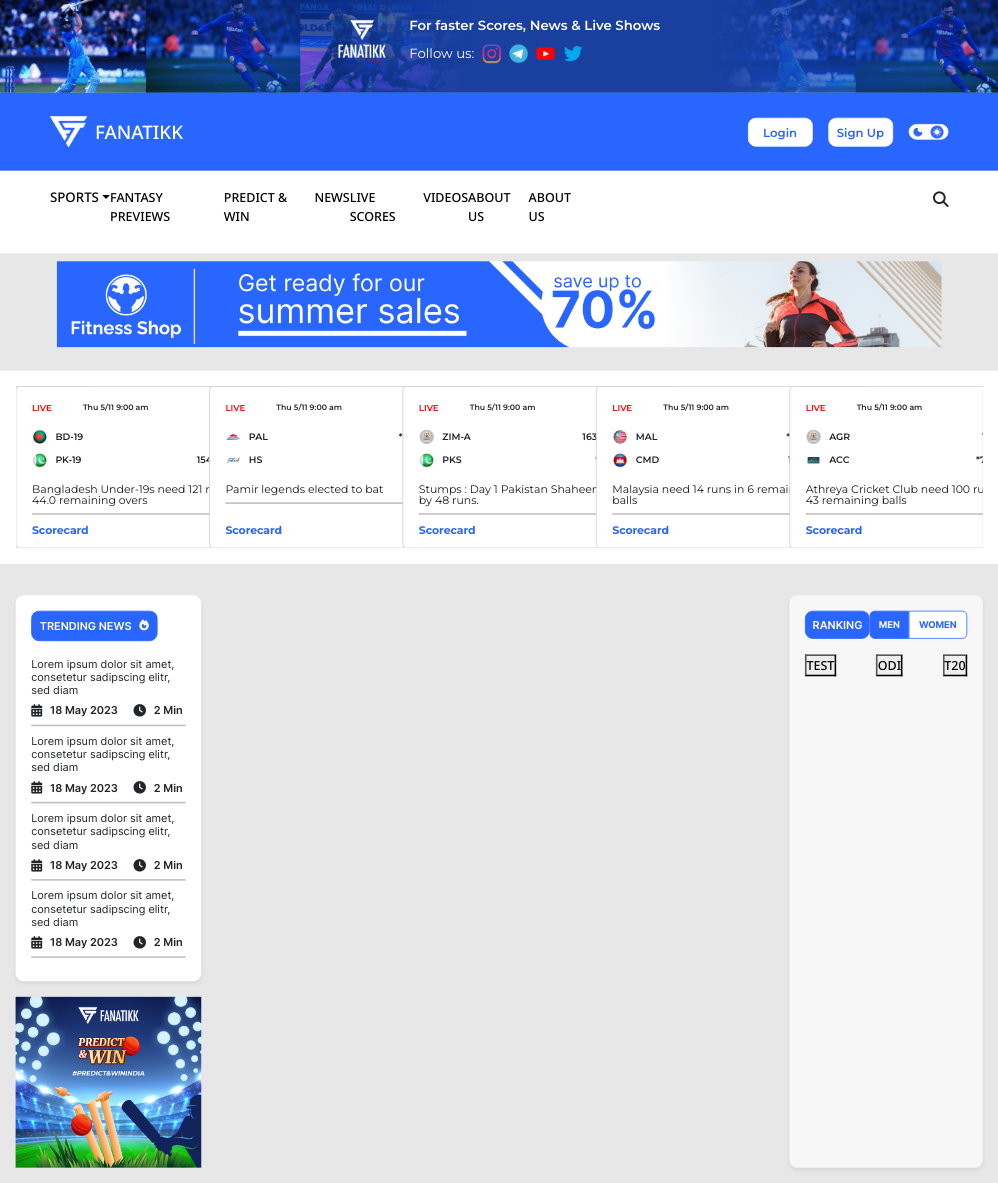
Repository: FlyweisReact/Kannapa
Page: /
These files come from the project's save history. The page is drawn as it stood at one moment and after the next save; the edit follows.
The browser window is 1280 px wide. The pictures show the whole page, at 78% of full size.
Some web libraries are served in a nearby version. The project was rebuilt for these pictures with package versions that can differ from the ones it lists, and the page was loaded fresh each time. Also part of the build but not shown: src/Components/Layout/Footer.js, src/Components/Sliders/Index-video-Slider.js, src/Components/firstScreen.jsx, src/Components/secondScreen.jsx, src/Components/thirdScreen.jsx, src/Components/fourthScreen.jsx, src/CSS/Footer.css.

Above is the page before, as saved 2023-06-03 16:07:28.

After the next save:
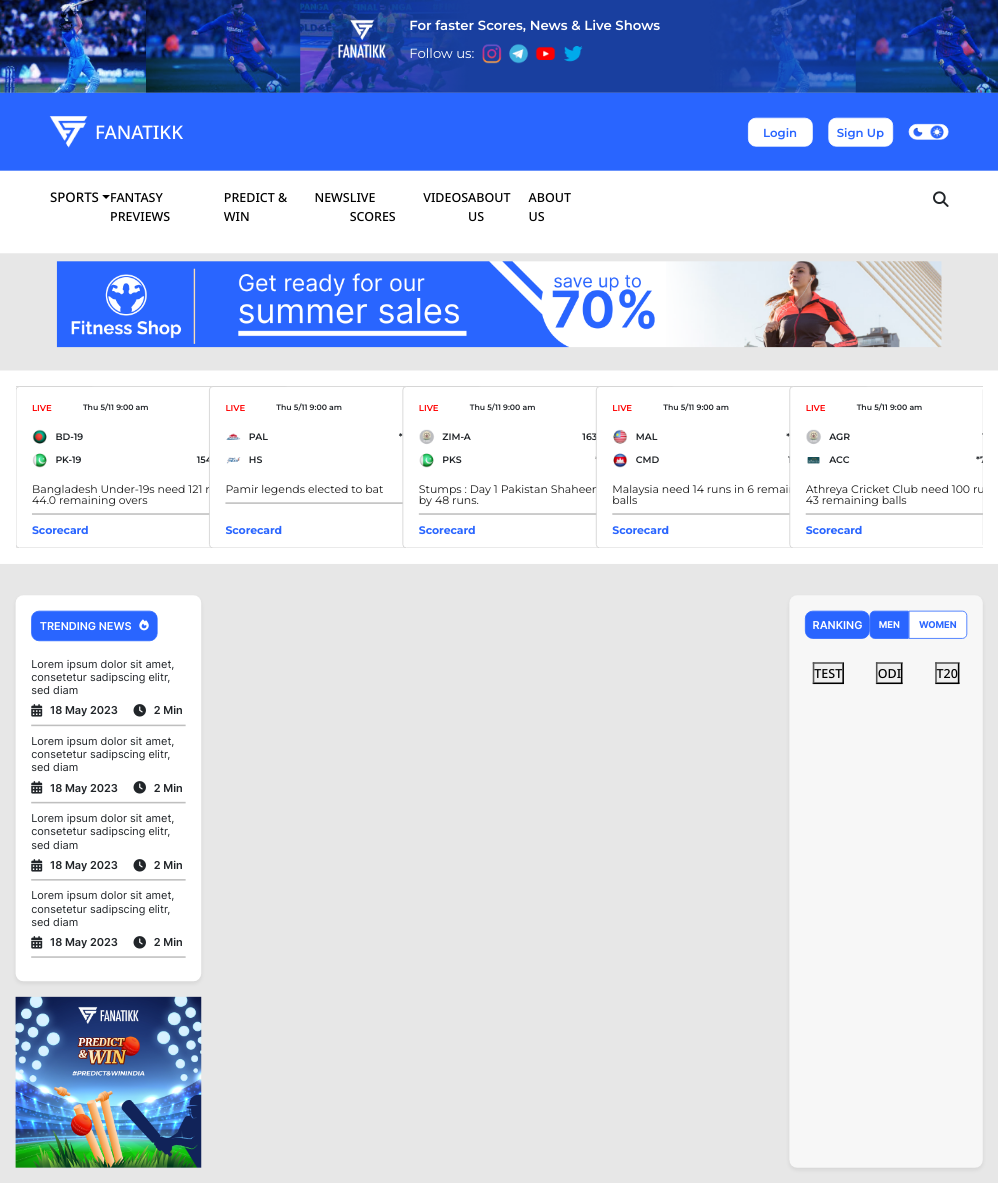
Saved 4 s later.
--- a/src/CSS/Component.css
+++ b/src/CSS/Component.css
@@ -434,4 +434,5 @@
   justify-content: space-between;
   gap: 10px;
   margin-top: 20px;
-}
+  padding: 10px;
+}
